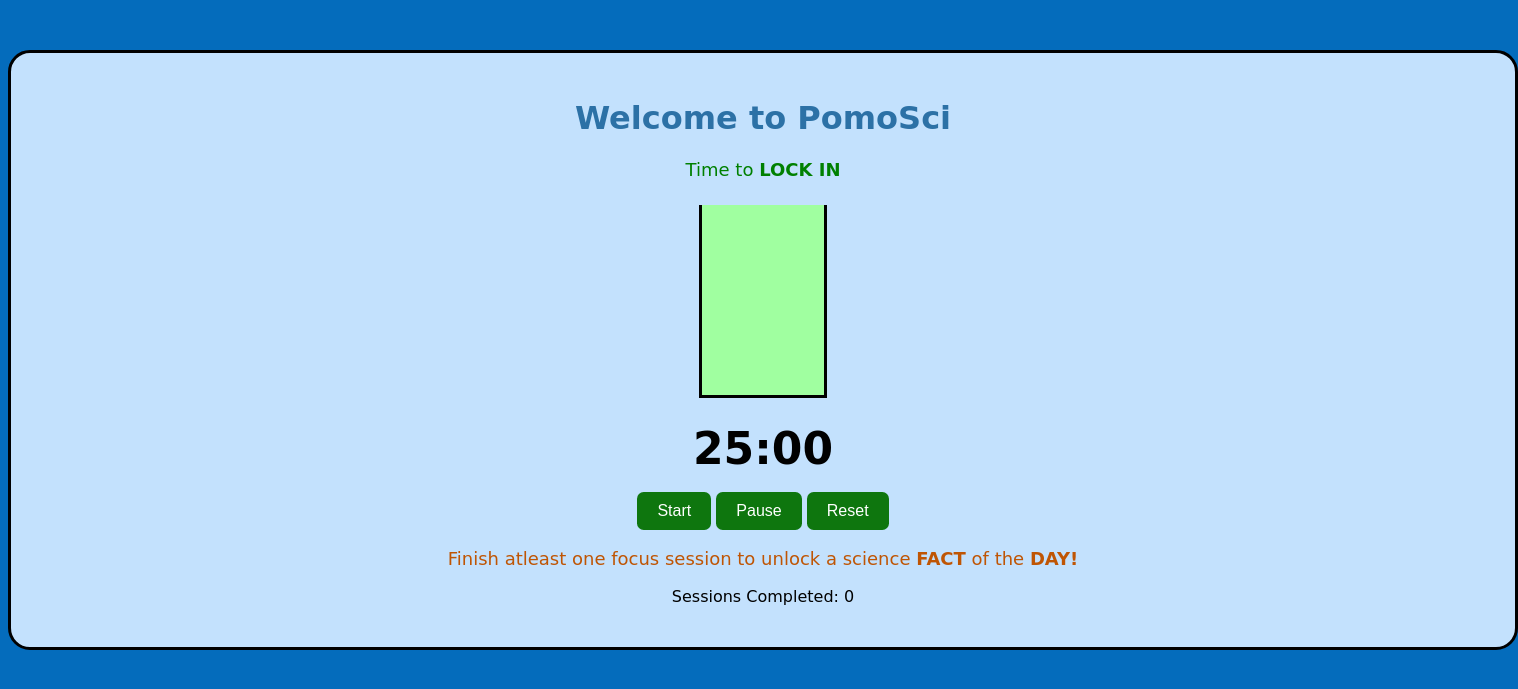
Repository: manayparikh1/Pomosci
Page: index.html
An editor plug-in stored every save of this project. The page is shown before and after the next save, followed by the edit.
The browser window is 1280 px wide. The page is 1518 px wide, so the pictures cover 1518 px, including what lies to the right of the window. The pictures show the whole page.

Above is the page before, as saved 2026-11-13 13:41:54.

### index.html
<!DOCTYPE html>
<html lang="en">

<head>
    <meta charset="UTF-8">
    <meta name="viewport" content="width=device-width, initial-scale=1.0">
    <title><strong>PomoSci</strong></title>

    <head>

    <body>
        <!-- ======== HTML ======== -->
        <div class="lab_sci">
            <h1>Welcome to PomoSci</h1>
            <p id="mode">Time to <strong>LOCK IN</strong></p>

            <div class="beaker is paused" id="beaker">
                <div id="liquid">
                    <span class="bubble"></span>
                    <span class="bubble"></span>
                    <span class="bubble"></span>
                    <span class="bubble"></span>
                </div>
            </div>
            <div id="time">25:00</div>
            <button onclick="start()">Start</button>
            <button onclick="pause()">Pause</button>
            <button onclick="reset()">Reset</button>

            <p id="fact">Finish atleast one focus session to unlock a science <strong>FACT</strong> of the
                <strong>DAY!</strong></p>
            <p id="count">Sessions Completed: 0</p>

            <!-- ====Css--===-->

            <style>
                body {
                    font-family: Comic Sans MS, Comic Sans, cursive;
                    background-color: rgb(4, 108, 188);
                    text-align: center;
                }

                .lab_sci {
                    background-color: rgb(195, 225, 253);
                    width: 1454px;
                    margin: 50px auto;
                    padding: 25px;
                    border: 3px solid black;
                    border-radius: 22px;
                }

                h1 {
                    color: rgb(44, 113, 166);
                }

                #mode {
                    color: green;
                    font-size: 18px;
                }

                .beaker {
                    width: 122px;
                    height: 190px;
                    margin: 25px auto;
                    border: 3px solid black;
                    border-top: none;
                    position: relative;
                }

                #liquid {
                    background-color: rgb(160, 255, 160);
                    height: 100%;
                    position: absolute;
                    bottom: 0;
                    width: 100%;
                }

                #time {
                    font-size: 44px;
                    font-weight: bold;
                    margin: 18px;
                    font-family: 'Comic Sans MS', cursive, sans-serif;
                }

                button {
                    background-color: rgb(14, 118, 14);
                    color: white;
                    padding: 10px 20px 10px;
                    font-size: 16px;
                    border: none;
                    border-radius: 6.7px;
                }

                button:hover {
                    background-color: rgb(132, 212, 132);
                    color: rgb(30, 30, 30);
                    cursor: pointer;
                    border: 4.5px solid rgb(55, 0, 0);
                }

                #fact {
                    color: rgb(191, 85, 4);
                    font-size: 18px;
                }

After the next save:
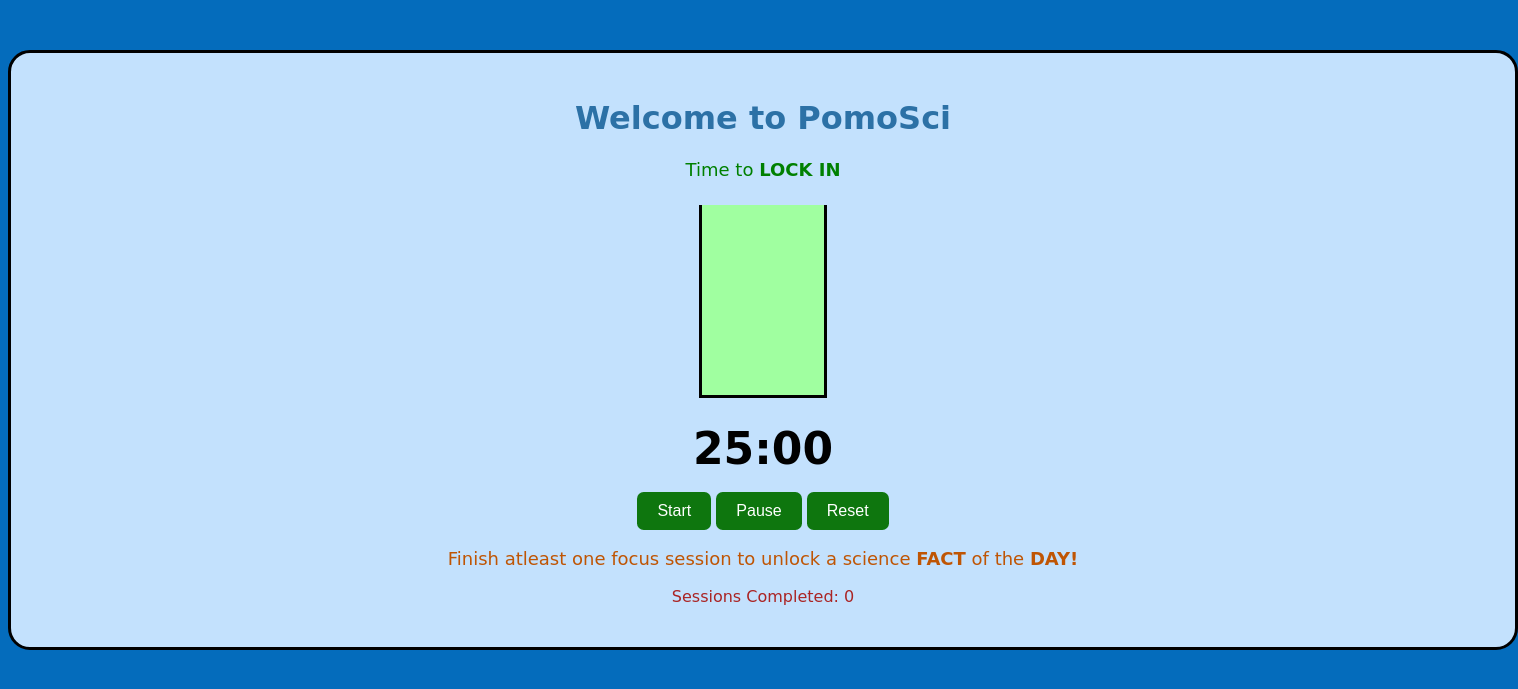
Saved 2 min 8 s later.
--- a/index.html
+++ b/index.html
@@ -28,7 +28,8 @@
             <button onclick="reset()">Reset</button>
 
             <p id="fact">Finish atleast one focus session to unlock a science <strong>FACT</strong> of the
-                <strong>DAY!</strong></p>
+                <strong>DAY!</strong>
+            </p>
             <p id="count">Sessions Completed: 0</p>
 
             <!-- ====Css--===-->
@@ -102,3 +103,8 @@
                     color: rgb(191, 85, 4);
                     font-size: 18px;
                 }
+
+                #count {
+                    color: rgb(170, 36, 36);
+                    font-size: 14.px;
+                }
